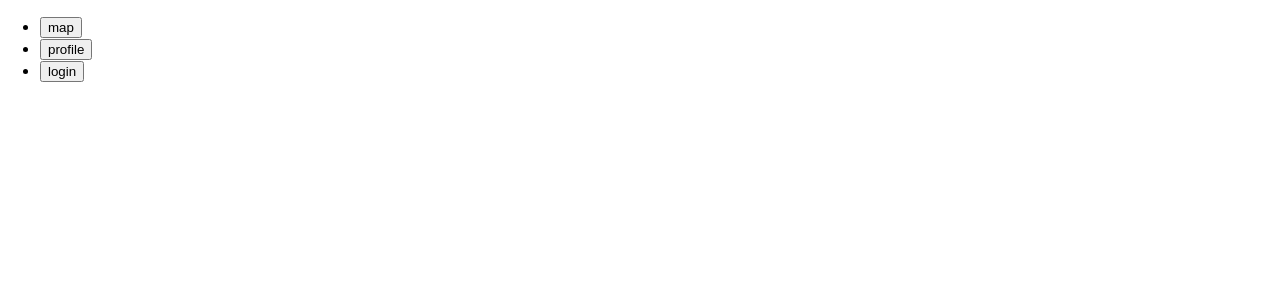
Repository: NikaMana/loft-taxi
Page: /
These files come from the project's save history. The page is drawn as it stood at one moment and after the next save; the edit follows.
The browser window is 1280 px wide. The pictures show the whole page.
The project was rebuilt for these pictures with package versions that can differ from the ones it lists, and the page was loaded fresh each time. Also part of the build but not shown: src/App.css, src/Map/Map.tsx, src/Profile/Profile.tsx.

Above is the page before, as saved 2019-10-28 16:56:06.

After the next save:
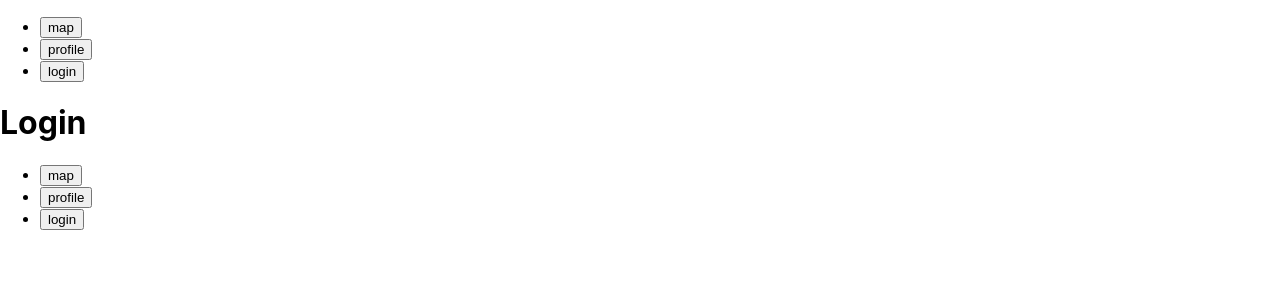
Saved 39 s later.
--- a/src/App.tsx
+++ b/src/App.tsx
@@ -35,7 +35,7 @@ class App extends React.Component<AppProps, AppState> {
     return <div>
       <Nav setPath={this.setPath}></Nav>
       <div>
-        {this.setComponent}
+        {this.setComponent()}
       </div>
     </div> ;
   }
